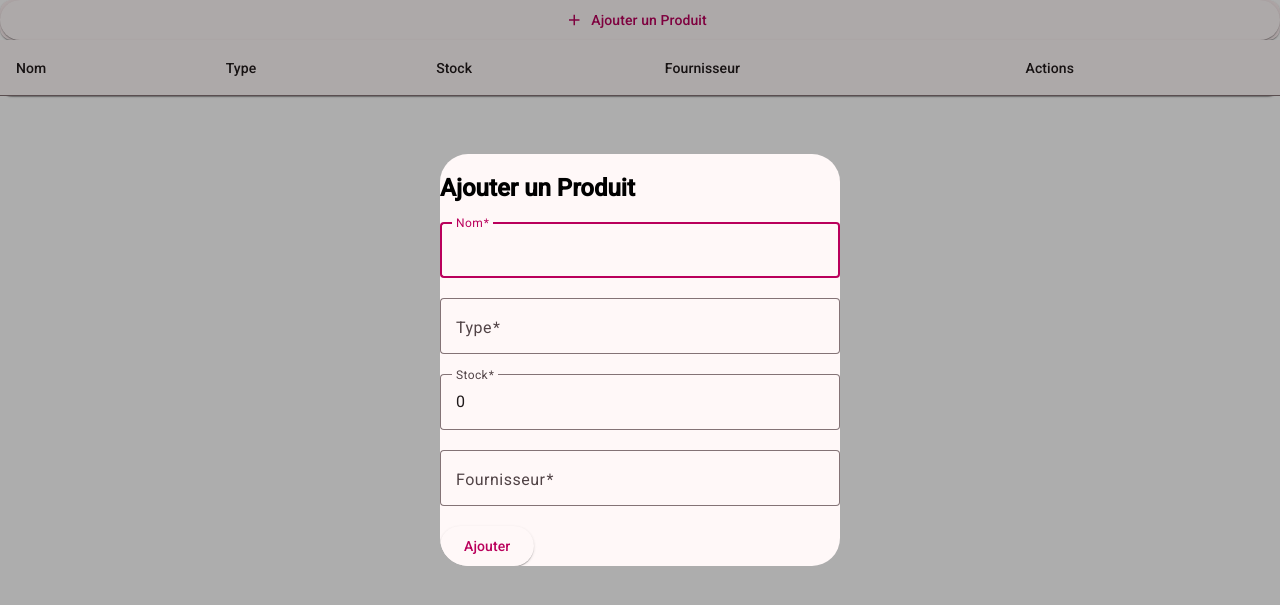
Repository: hadilXattia/Gestion_Production
Page: /produits (app in frontend-production/), after clicking the first element matching `button.mdc-button`
An editor plug-in stored every save of this project. The page is shown before and after the next save, followed by the edit.
The browser window is 1280 px wide. The pictures show the whole page.
The page's requests for data from a server got no answer. The project was rebuilt for these pictures with package versions that can differ from the ones it lists, and the page was loaded fresh each time. No one was signed in, and anything a server would have sent is missing. Also part of the build but not shown: frontend-production/angular.json, frontend-production/src/app/components/machine/machine.component.ts, frontend-production/src/app/services/machine.service.ts, frontend-production/src/app/components/technicien/technicien.component.ts, frontend-production/src/app/services/technicien.service.ts, frontend-production/src/app/components/ordre-fabrication/ordre-fabrication.component.ts, frontend-production/src/app/services/ordre-fabrication.service.ts, frontend-production/src/app/components/maintenance/maintenance.component.ts and 1 more.

Above is the page before, as saved 2025-05-10 12:17:25.

### frontend-production/src/index.html
<!doctype html>
<html lang="en">
<head>
  <meta charset="utf-8">
  <title>FrontendProduction</title>
  <base href="/">
  <meta name="viewport" content="width=device-width, initial-scale=1">
  <link rel="icon" type="image/x-icon" href="favicon.ico">
  <link href="https://fonts.googleapis.com/css2?family=Roboto:wght@300;400;500&display=swap" rel="stylesheet">
  <link href="https://fonts.googleapis.com/icon?family=Material+Icons" rel="stylesheet">
</head>
<body class="mat-typography">
  <app-root></app-root>
</body>
</html>

### frontend-production/src/main.ts
import { bootstrapApplication } from '@angular/platform-browser';
import { AppComponent } from './app/app.component';
import { provideHttpClient } from '@angular/common/http';
import { importProvidersFrom } from '@angular/core';
import { FormsModule } from '@angular/forms';
import { provideRouter } from '@angular/router';
import { routes } from './app/app.routes';

bootstrapApplication(AppComponent, {
  providers: [
    provideHttpClient(),
    importProvidersFrom(FormsModule),
    provideRouter(routes)
  ]
});

### frontend-production/src/app/app.component.ts
import { Component } from '@angular/core';
import { RouterOutlet } from '@angular/router';

@Component({
  selector: 'app-root',
  imports: [RouterOutlet],
  templateUrl: './app.component.html',
  styleUrl: './app.component.css'
})
export class AppComponent {
  title = 'frontend-production';
}

### frontend-production/src/app/app.routes.ts
import { Routes } from '@angular/router';
import { ProduitComponent } from './components/produit/produit.component';
import { MachineComponent } from './components/machine/machine.component';
import { TechnicienComponent } from './components/technicien/technicien.component';
import { OrdreFabricationComponent } from './components/ordre-fabrication/ordre-fabrication.component';
import { MaintenanceComponent } from './components/maintenance/maintenance.component';

export const routes: Routes = [
  { path: 'produits', component: ProduitComponent },
  { path: 'machines', component: MachineComponent },
  { path: 'techniciens', component: TechnicienComponent },
  { path: 'ordres', component: OrdreFabricationComponent },
  { path: 'maintenances', component: MaintenanceComponent },
  { path: '', redirectTo: 'produits', pathMatch: 'full' },
  { path: '**', redirectTo: 'produits' }
];

### frontend-production/src/app/components/produit/produit.component.ts
import { Component, OnInit } from '@angular/core';
import { ProduitService } from '../../services/produit.service';
import { MatDialog } from '@angular/material/dialog';
import { AjouterProduitDialogComponent } from './ajouter-produit-dialog.component';

import { NgFor, CommonModule } from '@angular/common';
import { FormsModule } from '@angular/forms';
import { MatTableModule } from '@angular/material/table';
import { MatButtonModule } from '@angular/material/button';
import { MatFormFieldModule } from '@angular/material/form-field';
import { MatInputModule } from '@angular/material/input';
import { MatCardModule } from '@angular/material/card';
import { MatIconModule } from '@angular/material/icon';
import { MatDialogModule } from '@angular/material/dialog';

@Component({
  selector: 'app-produit',
  standalone: true,
  imports: [
    NgFor, CommonModule, FormsModule, MatTableModule,
    MatButtonModule, MatFormFieldModule, MatDialogModule,
    MatInputModule, MatCardModule, MatIconModule
  ],
  templateUrl: './produit.component.html',
  styleUrl: './produit.component.css'
})
export class ProduitComponent implements OnInit {
  produits: any[] = [];

  constructor(private produitService: ProduitService, private dialog: MatDialog) {}

  ngOnInit() {
    this.loadProduits();
  }

  loadProduits() {
    this.produitService.getProduits().subscribe(data => {
      this.produits = data;
    });
  }

  openAjouterDialog() {
    const dialogRef = this.dialog.open(AjouterProduitDialogComponent, {
      width: '400px'
    });

    dialogRef.afterClosed().subscribe(result => {
      if (result) {
        this.produitService.createProduit(result).subscribe(() => {
          this.loadProduits();
        });
      }
    });
  }

  deleteProduit(id: number) {
    this.produitService.deleteProduit(id).subscribe(() => {
      this.loadProduits();
    });
  }
}

### frontend-production/src/app/components/produit/produit.component.html
<!-- Button to open the add product dialog -->
<mat-card class="mt-4">
  <button mat-raised-button color="primary" (click)="openAjouterDialog()">
    <mat-icon>add</mat-icon> Ajouter un Produit
  </button>
</mat-card>

<!-- Product list table -->
<mat-card class="mt-4">
  <table mat-table [dataSource]="produits" class="mat-elevation-z8" style="width: 100%;">
    <!-- Nom Column -->
    <ng-container matColumnDef="nom">
      <th mat-header-cell *matHeaderCellDef> Nom </th>
      <td mat-cell *matCellDef="let produit"> {{ produit.nom }} </td>
    </ng-container>

    <!-- Type Column -->
    <ng-container matColumnDef="type">
      <th mat-header-cell *matHeaderCellDef> Type </th>
      <td mat-cell *matCellDef="let produit"> {{ produit.type }} </td>
    </ng-container>

    <!-- Stock Column -->
    <ng-container matColumnDef="stock">
      <th mat-header-cell *matHeaderCellDef> Stock </th>
      <td mat-cell *matCellDef="let produit"> {{ produit.stock }} </td>
    </ng-container>

    <!-- Fournisseur Column -->
    <ng-container matColumnDef="fournisseur">
      <th mat-header-cell *matHeaderCellDef> Fournisseur </th>
      <td mat-cell *matCellDef="let produit"> {{ produit.fournisseur }} </td>
    </ng-container>

    <!-- Actions Column -->
    <ng-container matColumnDef="actions">
      <th mat-header-cell *matHeaderCellDef> Actions </th>
      <td mat-cell *matCellDef="let produit">
        <button mat-raised-button color="warn" (click)="deleteProduit(produit.id)">
          <mat-icon>delete</mat-icon> Supprimer
        </button>
      </td>
    </ng-container>

    <tr mat-header-row *matHeaderRowDef="['nom', 'type', 'stock', 'fournisseur', 'actions']"></tr>
    <tr mat-row *matRowDef="let row; columns: ['nom', 'type', 'stock', 'fournisseur', 'actions'];"></tr>
  </table>
</mat-card>

### frontend-production/src/app/services/produit.service.ts
import { Injectable } from '@angular/core';
import { HttpClient } from '@angular/common/http';
import { Observable } from 'rxjs';

export interface Produit {
  id?: number;
  nom: string;
  type: string;
  stock: number;
  fournisseur: string;
}

@Injectable({
  providedIn: 'root'
})
export class ProduitService {
  private apiUrl = 'http://localhost:8080/api/produits';

  constructor(private http: HttpClient) {}

  getProduits(): Observable<Produit[]> {
    return this.http.get<Produit[]>(this.apiUrl);
  }

  createProduit(produit: Produit): Observable<Produit> {
    return this.http.post<Produit>(this.apiUrl, produit);
  }

  updateProduit(id: number, produit: Produit): Observable<Produit> {
    return this.http.put<Produit>(`${this.apiUrl}/${id}`, produit);
  }

  deleteProduit(id: number): Observable<void> {
    return this.http.delete<void>(`${this.apiUrl}/${id}`);
  }
}

### frontend-production/src/app/components/produit/ajouter-produit-dialog.component.ts
import { Component } from '@angular/core';
import { MatDialogRef } from '@angular/material/dialog';
import { FormsModule } from '@angular/forms';
import { MatFormFieldModule } from '@angular/material/form-field';
import { MatInputModule } from '@angular/material/input';
import { MatButtonModule } from '@angular/material/button';
import { CommonModule } from '@angular/common';

@Component({
  selector: 'app-ajouter-produit-dialog',
  standalone: true,
  imports: [
    CommonModule,
    FormsModule,
    MatFormFieldModule,
    MatInputModule,
    MatButtonModule
  ],
  template: `
    <h2>Ajouter un Produit</h2>
    <form (ngSubmit)="submit()">
      <mat-form-field appearance="outline" class="form-field" style="display:block">
        <mat-label>Nom</mat-label>
        <input matInput [(ngModel)]="produit.nom" name="nom" required>
      </mat-form-field>

      <mat-form-field appearance="outline" class="form-field" style="display:block">
        <mat-label>Type</mat-label>
        <input matInput [(ngModel)]="produit.type" name="type" required>
      </mat-form-field>

      <mat-form-field appearance="outline" class="form-field" style="display:block">
        <mat-label>Stock</mat-label>
        <input matInput type="number" [(ngModel)]="produit.stock" name="stock" required>
      </mat-form-field>

      <mat-form-field appearance="outline" class="form-field" style="display:block">
        <mat-label>Fournisseur</mat-label>
        <input matInput [(ngModel)]="produit.fournisseur" name="fournisseur" required>
      </mat-form-field>

      <button mat-raised-button color="primary" type="submit">Ajouter</button>
    </form>
  `
})
export class AjouterProduitDialogComponent {
  produit = { nom: '', type: '', stock: 0, fournisseur: '' };

  constructor(public dialogRef: MatDialogRef<AjouterProduitDialogComponent>) {}

  submit() {
    this.dialogRef.close(this.produit);
  }
}

Loaded but not shown: frontend-production/src/styles.css (common file); frontend-production/src/app/app.component.html (common file); frontend-production/src/app/app.component.css (no stored copy; drawn as an empty file); frontend-production/src/app/components/produit/produit.component.css (no stored copy; drawn as an empty file)

After the next save:
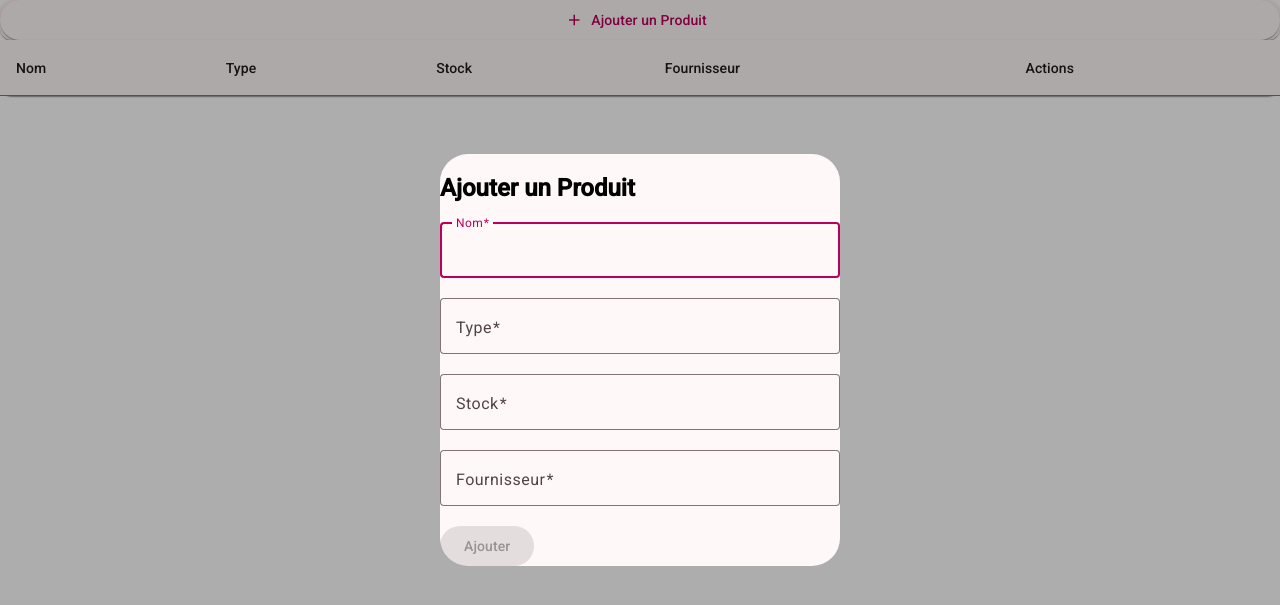
Saved 19 min 8 s later.
--- a/frontend-production/src/app/components/produit/ajouter-produit-dialog.component.ts
+++ b/frontend-production/src/app/components/produit/ajouter-produit-dialog.component.ts
@@ -1,6 +1,6 @@
 import { Component } from '@angular/core';
 import { MatDialogRef } from '@angular/material/dialog';
-import { FormsModule } from '@angular/forms';
+import { FormsModule, NgForm } from '@angular/forms';
 import { MatFormFieldModule } from '@angular/material/form-field';
 import { MatInputModule } from '@angular/material/input';
 import { MatButtonModule } from '@angular/material/button';
@@ -18,37 +18,59 @@ import { CommonModule } from '@angular/common';
   ],
   template: `
     <h2>Ajouter un Produit</h2>
-    <form (ngSubmit)="submit()">
-      <mat-form-field appearance="outline" class="form-field" style="display:block">
+    <form #produitForm="ngForm" (ngSubmit)="submit(produitForm)">
+      <!-- Nom -->
+      <mat-form-field appearance="outline" style="display:block">
         <mat-label>Nom</mat-label>
-        <input matInput [(ngModel)]="produit.nom" name="nom" required>
+        <input matInput [(ngModel)]="produit.nom" name="nom" #nom="ngModel" required>
+        <div class="error" *ngIf="nom.invalid && nom.touched">Le nom est requis.</div>
       </mat-form-field>
 
-      <mat-form-field appearance="outline" class="form-field" style="display:block">
+      <!-- Type -->
+      <mat-form-field appearance="outline" style="display:block">
         <mat-label>Type</mat-label>
-        <input matInput [(ngModel)]="produit.type" name="type" required>
+        <input matInput [(ngModel)]="produit.type" name="type" #type="ngModel" required>
+        <div class="error" *ngIf="type.invalid && type.touched">Le type est requis.</div>
       </mat-form-field>
 
-      <mat-form-field appearance="outline" class="form-field" style="display:block">
+      <!-- Stock -->
+      <mat-form-field appearance="outline" style="display:block">
         <mat-label>Stock</mat-label>
-        <input matInput type="number" [(ngModel)]="produit.stock" name="stock" required>
+        <input matInput type="number" [(ngModel)]="produit.stock" name="stock" #stock="ngModel" required min="0">
+        <div class="error" *ngIf="stock.invalid && stock.touched">
+          Le stock est requis et doit être un nombre positif.
+        </div>
       </mat-form-field>
 
-      <mat-form-field appearance="outline" class="form-field" style="display:block">
+      <!-- Fournisseur -->
+      <mat-form-field appearance="outline" style="display:block">
         <mat-label>Fournisseur</mat-label>
-        <input matInput [(ngModel)]="produit.fournisseur" name="fournisseur" required>
+        <input matInput [(ngModel)]="produit.fournisseur" name="fournisseur" #fournisseur="ngModel" required>
+        <div class="error" *ngIf="fournisseur.invalid && fournisseur.touched">Le fournisseur est requis.</div>
       </mat-form-field>
 
-      <button mat-raised-button color="primary" type="submit">Ajouter</button>
+      <!-- Submit Button -->
+      <button mat-raised-button color="primary" type="submit" [disabled]="produitForm.invalid">
+        Ajouter
+      </button>
     </form>
-  `
+  `,
+  styles: [`
+    .error {
+      color: red;
+      font-size: 0.8em;
+      margin-top: 4px;
+    }
+  `]
 })
 export class AjouterProduitDialogComponent {
-  produit = { nom: '', type: '', stock: 0, fournisseur: '' };
+  produit = { nom: '', type: '', stock: null, fournisseur: '' };
 
   constructor(public dialogRef: MatDialogRef<AjouterProduitDialogComponent>) {}
 
-  submit() {
-    this.dialogRef.close(this.produit);
+  submit(form: NgForm) {
+    if (form.valid) {
+      this.dialogRef.close(this.produit);
+    }
   }
 }
